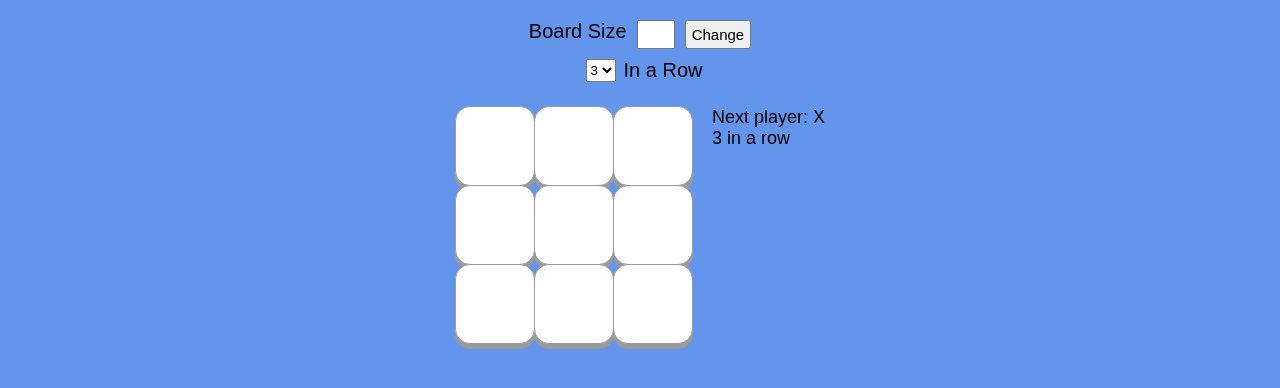
Repository: yshong211/tic-tac-toe-0708
Page: /
These files come from the project's save history. The page is drawn as it stood at one moment and after a run of saves; the edit follows.
The browser window is 1280 px wide. The pictures show the whole page.
The first visible `.square` has the focus.
The project was rebuilt for these pictures with package versions that can differ from the ones it lists, and the page was loaded fresh each time.

Above is the page before, as saved 2020-07-09 10:17:02.

After the next 2 saves:
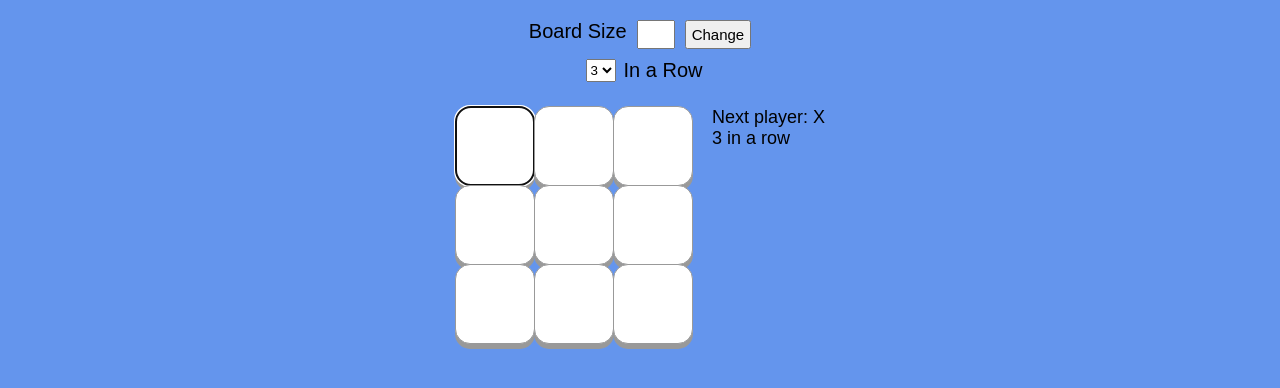
The 2 saves are shown as one change because they came seconds apart.
The last was saved 50 s later.
--- a/src/index.css
+++ b/src/index.css
@@ -22,12 +22,3 @@ ul {
 .status {
   margin-bottom: 10px;
 }
-
-
-.square:focus {
-  outline: none;
-}
-
-.kbd-navigation .square:focus {
-  background: #ddd;
-}

After the save that followed:
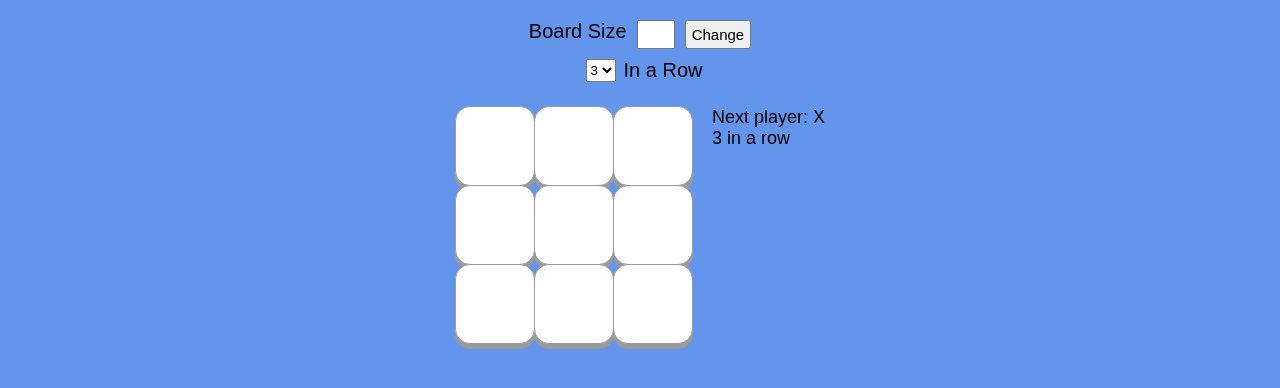
Saved 9 s later.
--- a/src/index.css
+++ b/src/index.css
@@ -22,3 +22,12 @@ ul {
 .status {
   margin-bottom: 10px;
 }
+
+
+.square:focus {
+  outline: none;
+}
+
+.kbd-navigation .square:focus {
+  background: #ddd;
+}
